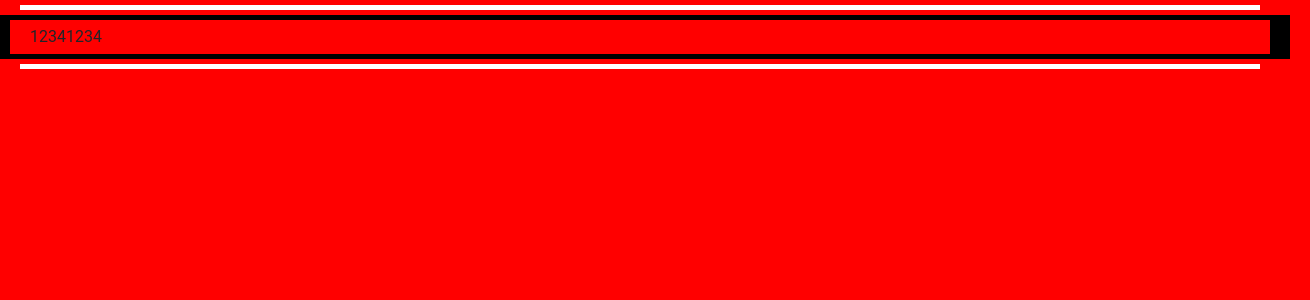
Repository: MiroslavWise/church-site
Page: /
An editor plug-in stored every save of this project. The page is shown before and after the next save, followed by the edit.
The browser window is 1280 px wide. The page is 1310 px wide, so the pictures cover 1310 px, including what lies to the right of the window. The pictures show the whole page.
The project was rebuilt for these pictures with package versions that can differ from the ones it lists, and the page was loaded fresh each time.

Above is the page before, as saved 2022-06-15 18:29:27.

After the next save:
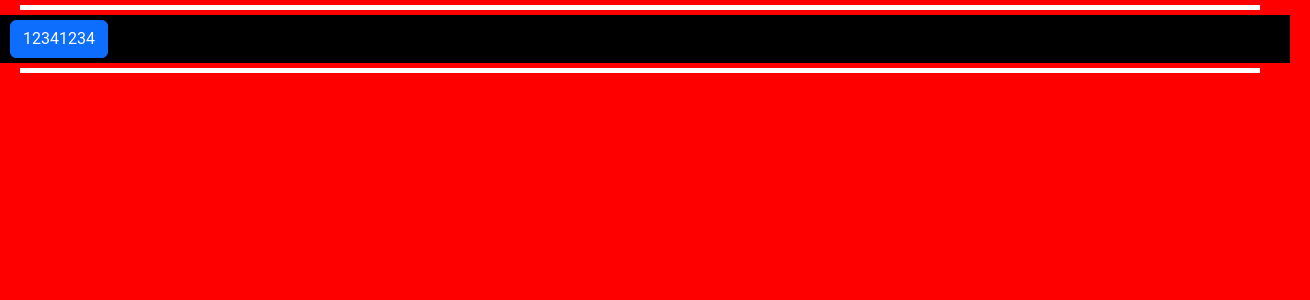
Saved 74 s later.
--- a/src/pages/Home/index.jsx
+++ b/src/pages/Home/index.jsx
@@ -1,10 +1,10 @@
-import {Alert} from 'bootstrap'
+import Button from 'react-bootstrap/Button';
 
 export default () => {
 
         return(
                 <>
-                        <div className="accordion">12341234</div>
+                        <Button className="accordion">12341234</Button>
                 </>
         )
 }

After the 2 saves that followed:
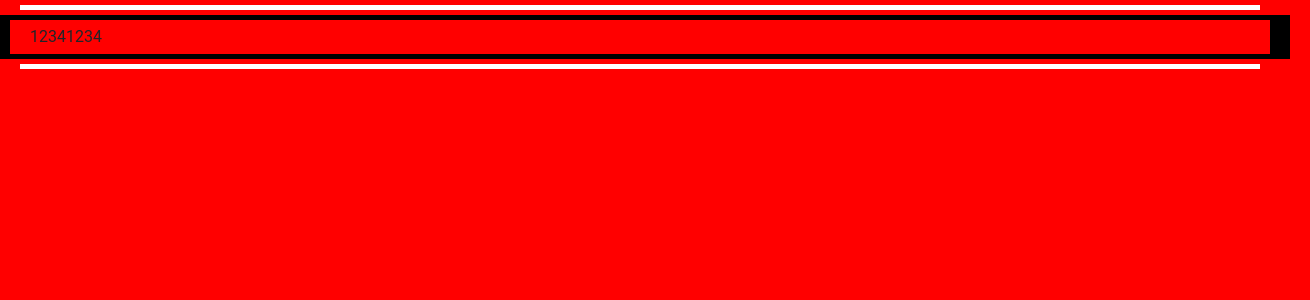
The 2 saves are shown as one change because 1 left the picture as it was.
The last was saved 104 s later.
--- a/src/pages/Home/index.jsx
+++ b/src/pages/Home/index.jsx
@@ -4,7 +4,7 @@
 
         return(
                 <>
-                        <Button className="accordion">12341234</Button>
+                        <div className="spinners">12341234</div>
                 </>
         )
 }
